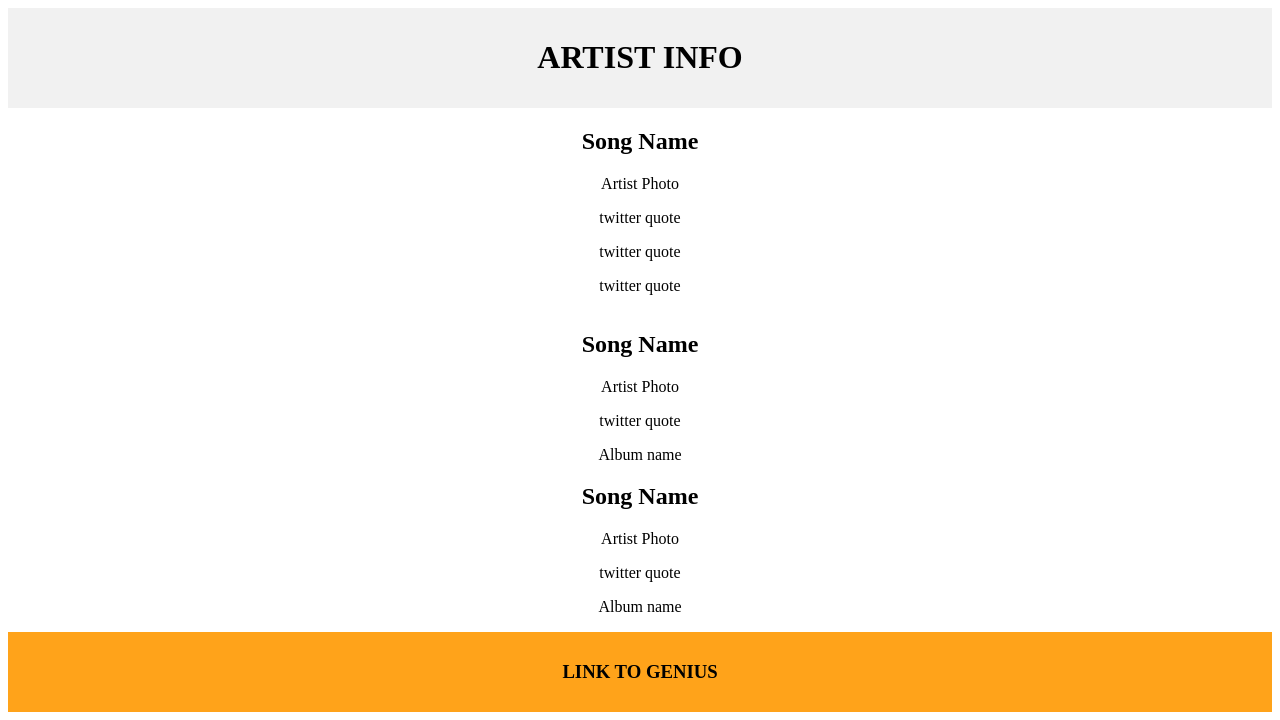
Repository: quinaroonie/project1-qukim1
Page: templates/index.html
The author's editor kept a record of every edit. The page is drawn from the files as they stood at one moment, then again after the next edit.
The browser window is 1280 px wide. The pictures show the whole page.
The template is drawn by Flask 3. The application's start-up code is not run. Other server files are loaded and not shown. The template is opened directly, without the code that normally fills it, so the values that code supplies are empty.

Above is the page before.

### templates/index.html
<!DOCTYPE html>
<html>
<head>
  <link rel="stylesheet" type="text/css" href="../static/style.css">
<style>

</style>
</head>
<body>

<div class="header">
  <h1>ARTIST INFO</h1>
</div>

<div class="row">
  <div class="column">
    <h2>Song Name</h2>
    <p>Artist Photo</p>
    <p>twitter quote</p>
    <p>twitter quote</p>
    <p>twitter quote</p>
    <p> <img src = "{{album_src}}"> </p>
  </div>


<div class="column">
    <h2>Song Name</h2>
    <p>Artist Photo</p>
    <p>twitter quote</p>
    <p>Album name</p>
   </div>

<div class="column">
    <h2>Song Name</h2>
    <p>Artist Photo</p>
    <p>twitter quote</p>
    <p>Album name</p>
   </div>

<div class="footer">
  <h3>LINK TO GENIUS</h3>
</div>

</body>
</html>

### static/style.css
.header {
  background-color: #f1f1f1;
  padding: 10px;
  text-align: center;
}


body {
  background-color: white;
  text-align: center
}

div {
   text-align: center;
}

h2 {
    text-align: center;
}

p {
  text-align: center;
}

img {
  border-radius: 8px;
  display: block;
  margin-left: auto;
  margin-right: auto }



@media screen and (max-width: 600px) {
  .column {
    width: 100%;
  }
}


.footer {
  padding: 10px;
  text-align: center;
  background: #ffa31a;
  margin-top: 10px;
}

After the next edit:
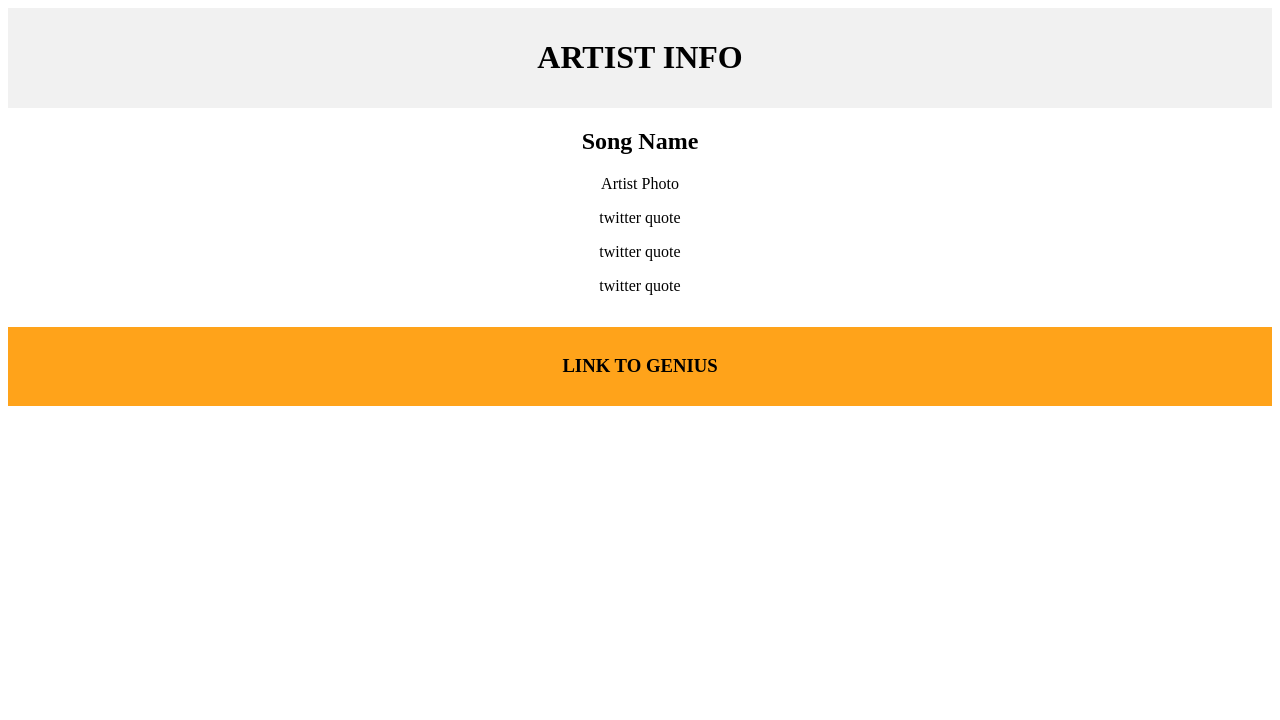
The edit:
--- a/templates/index.html
+++ b/templates/index.html
@@ -23,19 +23,6 @@
   </div>
 
 
-<div class="column">
-    <h2>Song Name</h2>
-    <p>Artist Photo</p>
-    <p>twitter quote</p>
-    <p>Album name</p>
-   </div>
-
-<div class="column">
-    <h2>Song Name</h2>
-    <p>Artist Photo</p>
-    <p>twitter quote</p>
-    <p>Album name</p>
-   </div>
 
 <div class="footer">
   <h3>LINK TO GENIUS</h3>
